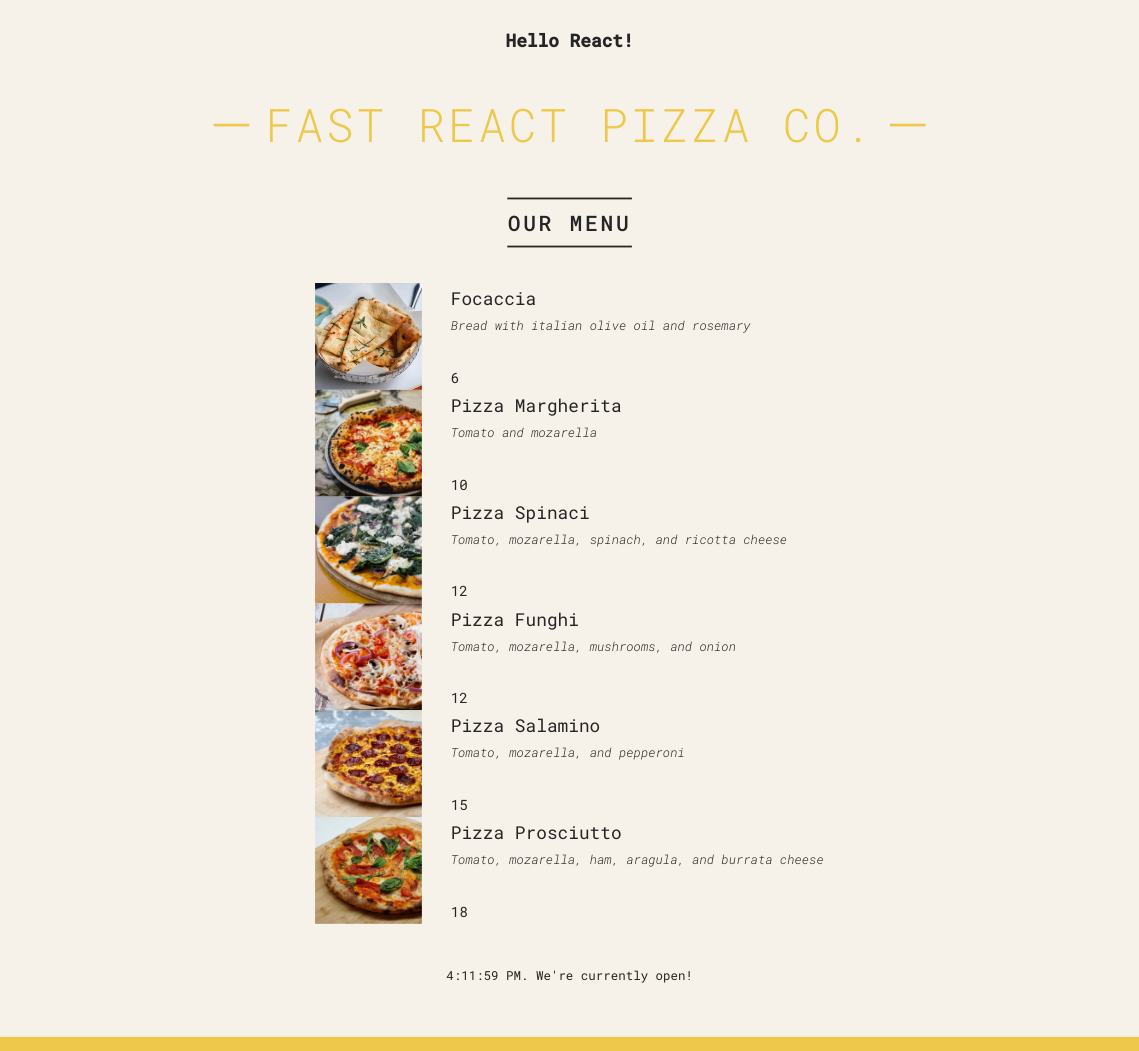
Repository: Alphosmart/03_pizza-menu
Page: /
An editor plug-in stored every save of this project. The page is shown before and after the next save, followed by the edit.
The browser window is 1280 px wide. The pictures show the whole page, at 89% of full size.
The project was rebuilt for these pictures with package versions that can differ from the ones it lists, and the page was loaded fresh each time.

Above is the page before, as saved 2024-05-31 16:18:17.

### src/index.js
import React from "react";
import ReactDOM from "react-dom/client";
import "./index.css";

const pizzaData = [
  {
    name: "Focaccia",
    ingredients: "Bread with italian olive oil and rosemary",
    price: 6,
    photoName: "pizzas/focaccia.jpg",
    soldOut: false,
  },
  {
    name: "Pizza Margherita",
    ingredients: "Tomato and mozarella",
    price: 10,
    photoName: "pizzas/margherita.jpg",
    soldOut: false,
  },
  {
    name: "Pizza Spinaci",
    ingredients: "Tomato, mozarella, spinach, and ricotta cheese",
    price: 12,
    photoName: "pizzas/spinaci.jpg",
    soldOut: false,
  },
  {
    name: "Pizza Funghi",
    ingredients: "Tomato, mozarella, mushrooms, and onion",
    price: 12,
    photoName: "pizzas/funghi.jpg",
    soldOut: false,
  },
  {
    name: "Pizza Salamino",
    ingredients: "Tomato, mozarella, and pepperoni",
    price: 15,
    photoName: "pizzas/salamino.jpg",
    soldOut: true,
  },
  {
    name: "Pizza Prosciutto",
    ingredients: "Tomato, mozarella, ham, aragula, and burrata cheese",
    price: 18,
    photoName: "pizzas/prosciutto.jpg",
    soldOut: false,
  },
];

function App() {
  return (
    <div className="container">
      <h1>Hello React!</h1>
      <Header />
      <Menu />
      <Footer />
    </div>
  );
}

function Header() {
  // const style = { color: "red", fontSize: "48px", textTransform: "Uppercase" };
  const style = {};
  return (
    <header className="header">
      <h1 style={style}>Fast React Pizza Co.</h1>
    </header>
  );
}

function Menu() {
  return (
    <main className="menu">
      <h2>Our Menu</h2>

      <ul>
        {pizzaData.map((pizza) => (
          <Pizza pizzaObj={pizza} key={pizza.name} />
        ))}
      </ul>
      {/* <Pizza
        name="Pizza Spinaci"
        ingredients="Tomato, mozarella, spinach, and ricotta cheese"
        photoName="pizzas/spinaci.jpg"
        price={10}
      />
      <Pizza
        name="Pizza Funghi"
        ingredients="Tomato, mushrooms"
        price={12}
        photoName="pizzas/funghi.jpg"
      /> */}
    </main>
  );
}

function Pizza(props) {
  console.log(props);
  return (
    <li className="pizza">
      <img src={props.pizzaObj.photoName} alt={props.pizzaObj.name} />

      <div>
        <h3>{props.pizzaObj.name}</h3>
        <p>{props.pizzaObj.ingredients}</p>
        <span>{props.pizzaObj.price}</span>
      </div>
    </li>
  );
}
function Footer() {
  // const hour = new Date().getHours();
  // const openHour = 12;
  // const closeHour = 22;
  // const isOpen = hour >= openHour && hour <= closeHour;
  // console.log(isOpen);
  // if (hour >= openHour && hour <= closeHour) alert("We're currently open!");
  // else alert("Sorry We're closed!");
  return (
    <footer className="footer">
      {new Date().toLocaleTimeString()}. We're currently open!
    </footer>
  );

  // return React.createElement("footer", null, "We're currently open!");
}

// React v18
const root = ReactDOM.createRoot(document.getElementById("root"));
root.render(
  <React.StrictMode>
    <App />
  </React.StrictMode>
); // or root.render<App />);

//React before v18
// React.render(<App />, document.getElementById("root"));

Loaded but not shown: public/index.html (common file); src/index.css (common file)

After the next save:
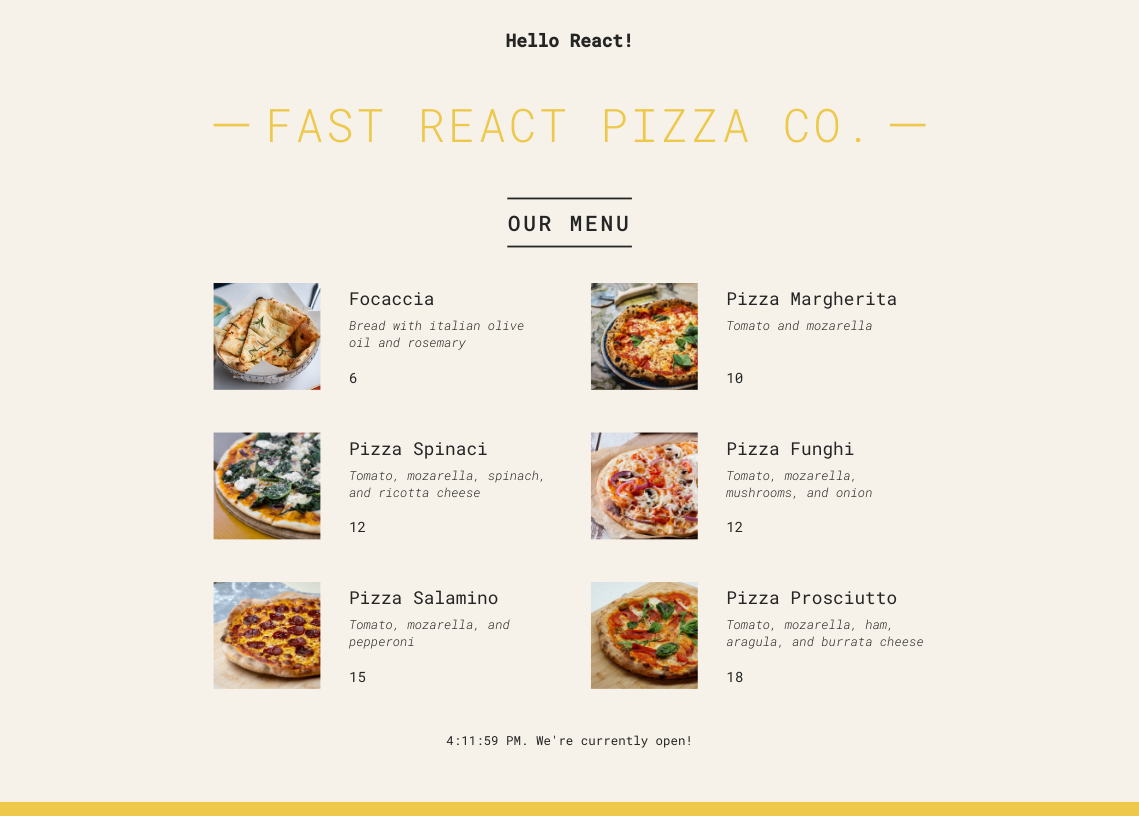
Saved 53 s later.
--- a/src/index.js
+++ b/src/index.js
@@ -73,7 +73,7 @@ function Menu() {
     <main className="menu">
       <h2>Our Menu</h2>
 
-      <ul>
+      <ul className="pizzas">
         {pizzaData.map((pizza) => (
           <Pizza pizzaObj={pizza} key={pizza.name} />
         ))}
